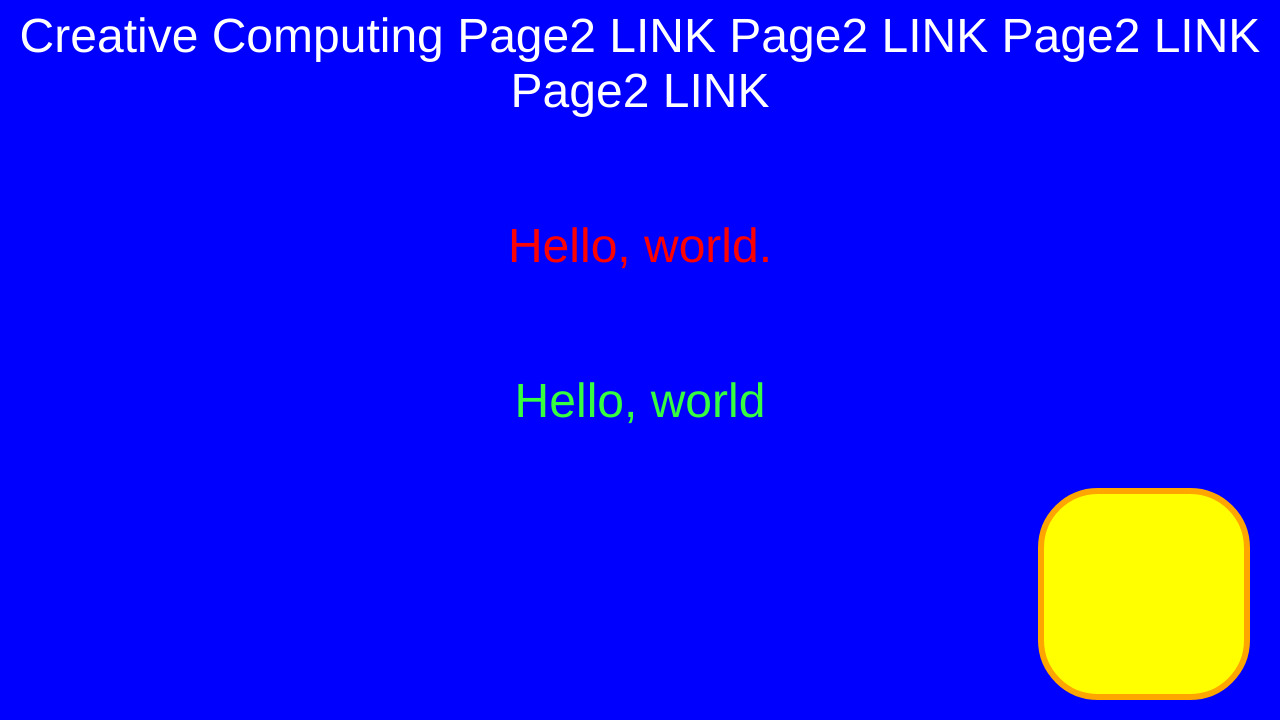
Repository: hanj291/hanj291.github.io
Page: index.html
The author's editor kept a record of every edit. The page is drawn from the files as they stood at one moment, then again after the next edit.
The browser window is 1280 px wide. The pictures show the whole page.

Above is the page before.

After the next edit:
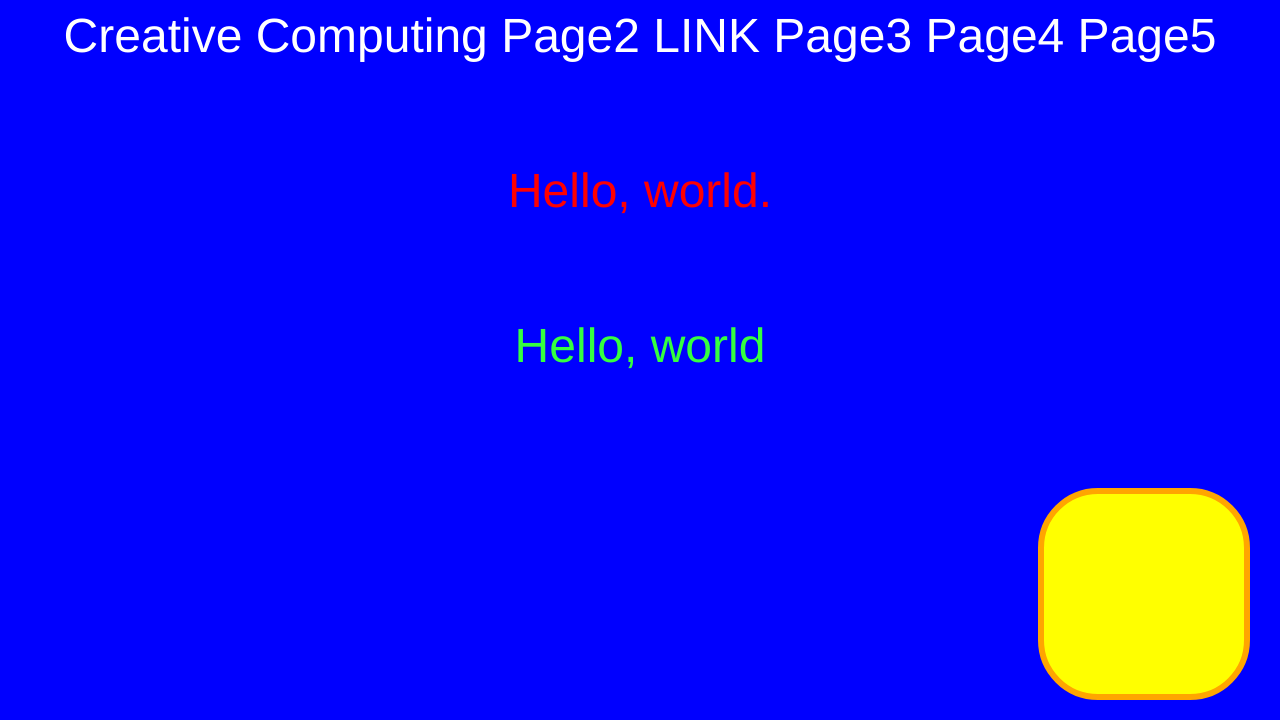
The edit:
--- a/index.html
+++ b/index.html
@@ -9,9 +9,9 @@
 	<a href="http://creativecomputing.me">Creative
 	Computing</a>
 	<a href="page2.html">Page2 LINK</a>
-	<a href="page3.html">Page2 LINK</a>
-	<a href="page4.html">Page2 LINK</a>
-	<a href="page5.html">Page2 LINK</a>
+	<a href="page3.html">Page3</a>
+	<a href="page4.html">Page4</a>
+	<a href="page5.html">Page5</a>
 	<div class="one">
 
 
